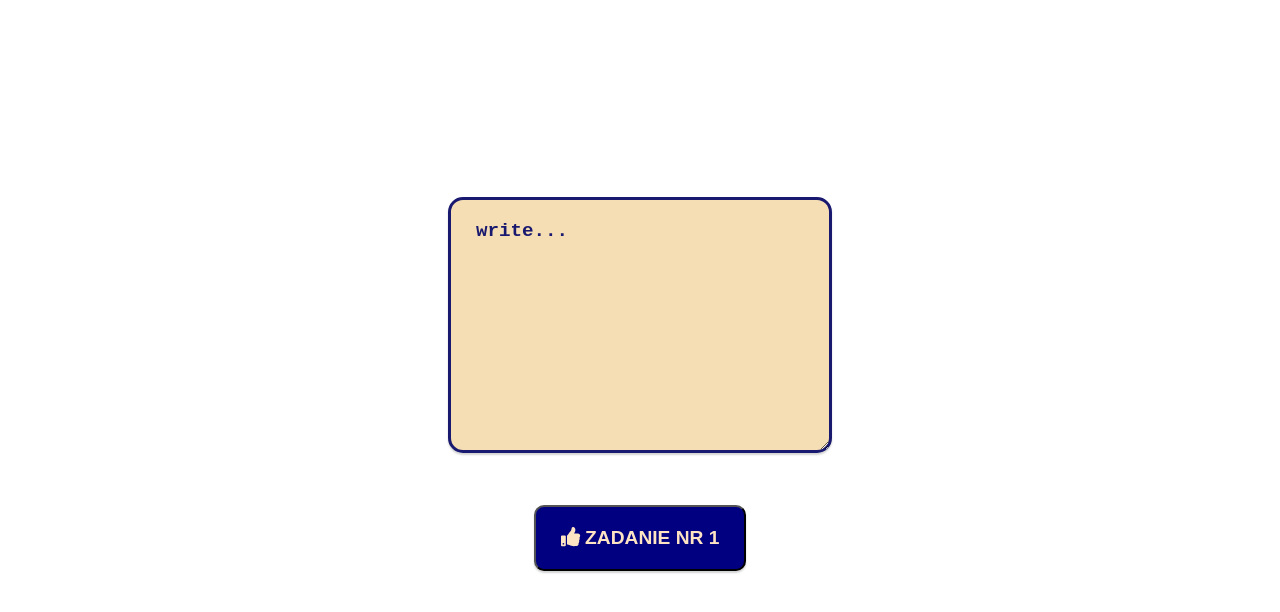
Repository: KrzysKolo/sr_tydzien3_zad_1_2_3
Page: /
The author's editor kept a copy of each file at every save. The page is drawn from the files as they stood at one save, then again after the next save.
The browser window is 1280 px wide. The pictures show the whole page.
The project was rebuilt for these pictures with package versions that can differ from the ones it lists, and the page was loaded fresh each time.

Above is the page before, as saved 2020-11-02 16:54:03.

### src/App.js
import React,  { Component } from 'react';
import Button from './components/Form/Button';
import Textarea from './components/Form/Textarea';
import { faThumbsUp } from "@fortawesome/free-solid-svg-icons";
import './App.css';

class App extends Component {
  state = {  }

  render() {

    return (
      <div className="app">
        <Textarea  />
        <Button  bgColor="navy" color="bisque" label="Zadanie nr 1" icon={faThumbsUp}/>
      </div>
     );
  }
}

export default App;

### src/components/Form/Button.js
import React from 'react';
import styled from 'styled-components';
import { FontAwesomeIcon } from '@fortawesome/react-fontawesome';
import { faAngellist } from '@fortawesome/free-brands-svg-icons';

const Button = ({label, color, bgColor, icon}) => {
    const Button = styled.button`
    background-color: ${[bgColor]};
    border-radius: 10px;
    box-shadow: 0px 2px 2px lightgray;
    color: ${[color]};
    cursor: pointer;
    font-weight: bold;
    font-size: 1.2rem;
    outline: 0;
    padding: 20px 25px;
    text-transform: uppercase;
    transition: ease background-color, color 0.6s;
    &:hover {
        background-color: ${[color]};
        color: ${[bgColor]};
    }
    `;
    return (

        <div>
            <Button >
                <FontAwesomeIcon icon={icon} /> {label}
            </Button>
        </div>
     );
}
Button.defaultProps = {
    bgColor: "#1B1464",
    color: "#FFC312",
    label: "Click me",
    icon: faAngellist,
}

export default Button;

### src/components/Form/Textarea.js
import React from 'react';
import styled from 'styled-components';


const Textarea = ({value, color, bgColor, borderSize, borderRadius, borderColor}) => {
    const Textarea = styled.textarea`
    background-color: ${bgColor};
    border-radius: ${borderRadius};
    border: ${borderSize} solid ${borderColor};;
    box-shadow: 0px 2px 2px lightgray;
    color: ${color};
    font-weight: bold;
    font-size: 1.2rem;
    height: 20vw;
    margin: 3rem auto;
    outline: 0;
    padding: 20px 25px;
    width: 30vw;
    `;
    return (

        <div>
            <Textarea value={ value }/>
        </div>
     );
}
Textarea.defaultProps = {
    bgColor: "wheat",
    border: "3px solid olive",
    borderRadius: "15px",
    color: "midnightblue",
    value: "write...",
    }

export default Textarea;

### src/App.css
* {
  padding: 0;
  margin: 0;
  box-sizing: border-box;
}
.app {
  display: flex;
  flex-direction: column;
  justify-content: center;
  align-items: center;
  height: 100vh;
}

Loaded but not shown: public/index.html (common file); src/index.js (common file); src/index.css (common file)

After the next save:
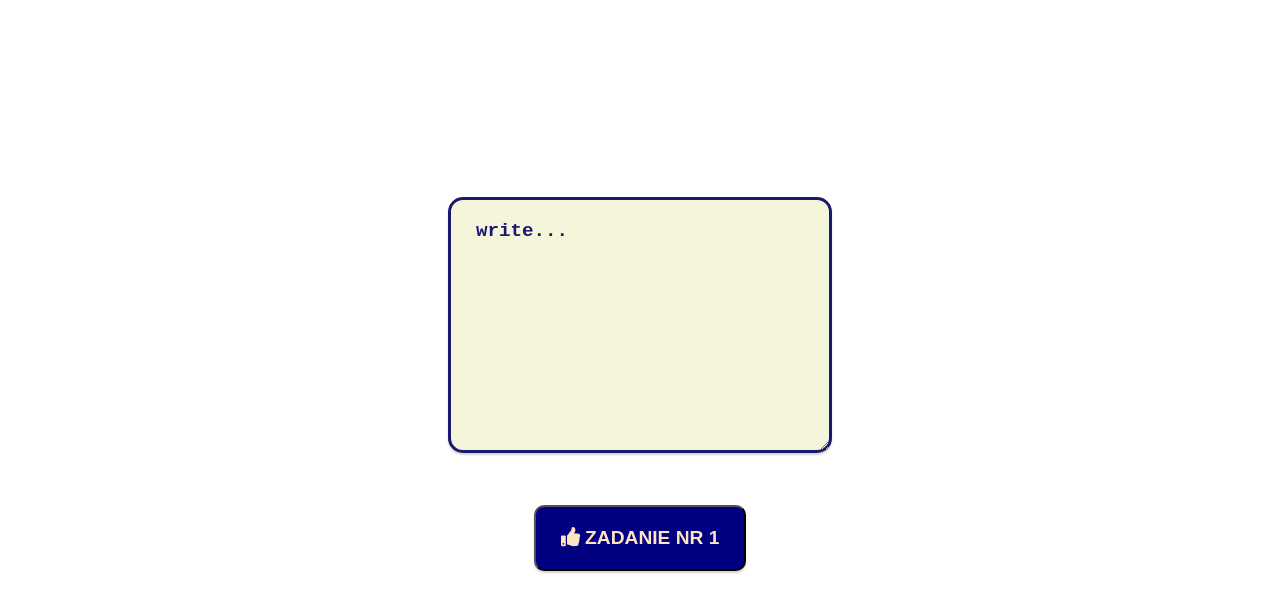
Saved 77 s later.
--- a/src/components/Form/Textarea.js
+++ b/src/components/Form/Textarea.js
@@ -25,7 +25,7 @@ const Textarea = ({value, color, bgColor, borderSize, borderRadius, borderColor}
      );
 }
 Textarea.defaultProps = {
-    bgColor: "wheat",
+    bgColor: "beige",
     border: "3px solid olive",
     borderRadius: "15px",
     color: "midnightblue",
